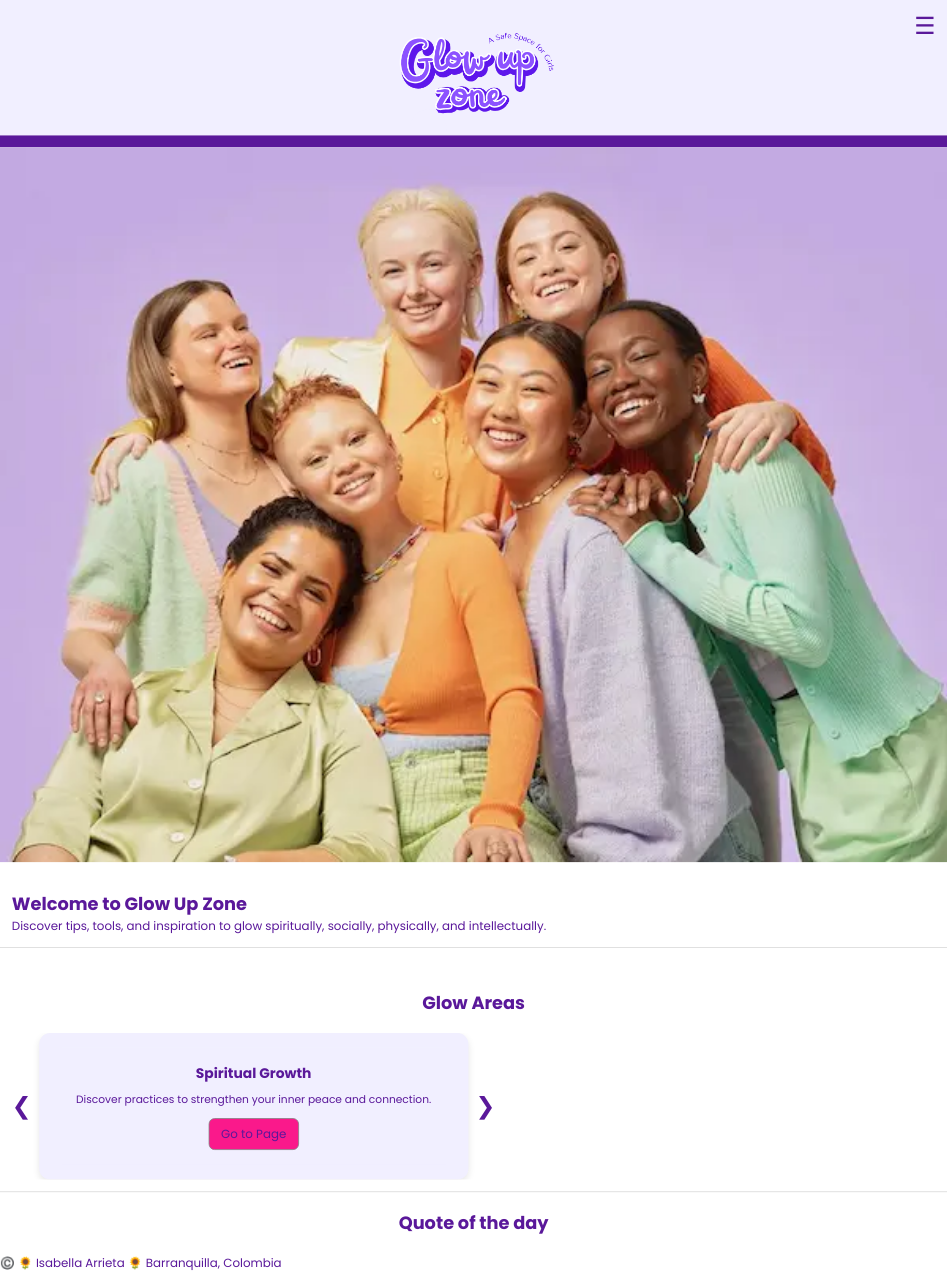
Repository: isaAJ05/wdd131
Page: final-project/final-project.html
These files come from the project's save history. The page is drawn as it stood at one moment and after the next save; the edit follows.
The browser window is 1280 px wide. The pictures show the whole page, at 74% of full size.
The pointer rests on the first visible `.btn`.

Above is the page before, as saved 2025-08-09 01:10:32.

### final-project/final-project.html
<!DOCTYPE html>
<html lang="en">
<head>
    <meta charset="UTF-8">
    <meta name="viewport" content="width=device-width, initial-scale=1.0">
    <title>WDD 131 – Glow Up Zone</title>
    <meta name="description" content="WDD 131 – This website is a positive and inspiring space for girls who want to improve different areas of their lives. It will include tips and resources organized into four sections: Spiritual, Social, Physical, and Intellectual.">
    <meta name="author" content="Isabella Arrieta">
    <link rel="stylesheet" href="styles/final-project.css">
    <link rel="stylesheet" href="styles/final-project-large.css">
    <link rel="preconnect" href="https://fonts.googleapis.com">
    <link rel="preconnect" href="https://fonts.gstatic.com" crossorigin>
    <link href="https://fonts.googleapis.com/css2?family=Nunito:wght@300;400;700&family=Poppins:wght@400;600;700&family=Quicksand:wght@400;500;700&display=swap" rel="stylesheet">
    <script src="scripts/final-project.js" defer></script>
</head>
<body>
    <header>
        <div class="title">
            <img src="images/logo.png" alt="" title="">
        </div>
        <button type="button" id="menu" title="Hambutton"></button>
        <nav>
            <ul class="navigation">
			<li><a href="#" class="home">Home</a></li>
			<li><a href="#" class="old">Old</a></li>
			<li><a href="#" class="new">New</a></li>
			<li><a href="#" class="large">Large</a></li>
			<li><a href="#" class="small">Small</a></li>
		</ul>
        </nav>
    </header>
    <main>
        <div class="hero">
            <picture>
            <source media="(min-width: 700px)" srcset="">
            <img src="images/glow-2.webp" alt="" title="">
            </picture>
        </div>
        <section >
                <div class="one">
                <h1>Welcome to Glow Up Zone</h2>
                <p>Discover tips, tools, and inspiration to glow spiritually, socially, physically, and intellectually.</p>
                </div>
        </section>
        <div class="one">
        <h2>Glow Areas</h2>
        <section class="cards">
        <button class="arrow left">&#10094;</button>
        <div class="cards-container">
            <div class="card">
                <div class="card2">
                <h3 id="card-title"></h3>
                <p id="card-text"></p>
                <a id="card-link" href="#" class="btn">Go to Page</a>
                </div>
            </div>
        </div>
        <button class="arrow right">&#10095;</button>
        </div>
        </section>
        <section>
            <div class="two">
                <h2>Quote of the day</h2>

            </div>
        </section>

    </main>
    <footer>
            <p>
            ©️<span id="currentyear"></span> 🌻 Isabella Arrieta 🌻 Barranquilla, Colombia
        </p>
        <p class="last-modified">
            <span id="lastModified"></span>
        </p>
    </footer>

</body>
</html>

### final-project/styles/final-project.css
:root {
    --primary-color: #5a189a;
    --secondary-color: #fa198b;
    --thirdary-color: #ff6f91;
    --accent-color: #3a86ff;
    --background-color: #f1efff;
    --font-one: "Poppins", sans-serif;
    --font-two: "Nunito", sans-serif;
    --font-three: "Quicksand", sans-serif;
}
* {
    box-sizing: border-box;
    margin: 0;
    padding: 0;
}

body {
    font-family: var(--font-one);
    color: var(--primary-color);
}

.title {
    text-align: center;
    background-color: var(--background-color);
}
.title img {
    width: 350px;
    height: auto;
}
.hero img{
    width: 100%;
    height: auto;
}
.one{
    border-bottom: #D6D6D6 1px solid;
    padding: 1rem;
    margin: 1rem 0;
}
nav{
    display: block;
    background-color: var(--primary-color);
}

#menu {
	font-size: 2rem;
	border: 0;
	background: none;
	position: absolute;
	top: 1rem;
	right: 1rem;
}

#menu::before {
	content: "☰";
    color: var(--primary-color);
}

#menu.open::before {
	content: "✖";
    color: white;
}

.navigation {
	list-style: none;
	display: flex;
	flex-direction: column;
    color: #fff;
    padding-top: 1rem;
    background-color: none;
}

.navigation a {
	display: none;
	color: #fff;
	text-align: center;
	text-decoration: none;
    padding: 0.5rem;
    font-size: 1rem;


}

.navigation a:hover {
	text-decoration: underline;
	background-color: #eee;
	color: #000;
}
.open a {
	display: block;
}
.open img{
    display: none;
}
h2{
    padding: 0.5rem;
    margin: 1rem 0;
    text-align: center;
}
.cards {
    position: relative;
    display: flex;
    align-items: center;
    overflow: hidden;
    width: 100%;
}



.card {
    min-width: 80%;
    margin: 0 10px;
    padding: 20px;
    background: var(--background-color);
    border-radius: 15px;
    box-shadow: 0 4px 10px rgba(0,0,0,0.1);
    text-align: center;
}
.card2 {
    min-width: 80%;
    margin: 0 10px;
    padding: 20px;
    background: var(--background-color);

    text-align: center;
}

.card h3 {
    color: var(--primary-color);
    margin-bottom: 10px;
}

.card p {
    font-size: 0.9rem;
    margin-bottom: 15px;
}

.btn {
    display: inline-block;
    background: var(--primary-color);
    color: white;
    padding: 8px 16px;
    border-radius: 8px;
    text-decoration: none;
}
.btn:hover {
	background-color: #fa198b;
    color:var(--primary-color);
    cursor: pointer;
	border: 1px solid gray;
}

.arrow {
    background: none;
    border: none;
    font-size: 2rem;
    cursor: pointer;
    color: var(--primary-color);
}
.two{

}

### final-project/scripts/final-project.js
const hamButton = document.querySelector('#menu');
const navigation = document.querySelector('.navigation');
const title = document.querySelector('.title');

hamButton.addEventListener('click', () => {
	navigation.classList.toggle('open');
    hamButton.classList.toggle('open');
    title.classList.toggle('open');
});
const cardsData = [
    {
        title: "Spiritual Growth",
        text: "Discover practices to strengthen your inner peace and connection.",
        link: "spiritual.html"
    },
    {
        title: "Social Skills",
        text: "Learn how to connect, communicate, and build strong relationships.",
        link: "social.html"
    },
    {
        title: "Intellectual Growth",
        text: "Boost your mind with tips, knowledge, and creative thinking.",
        link: "intellectual.html"
    },
    {
        title: "Physical Wellness",
        text: "Stay active and healthy with routines and self-care habits.",
        link: "physical.html"
    }
];

let currentIndex = 0;

const cardTitle = document.getElementById("card-title");
const cardText = document.getElementById("card-text");
const cardLink = document.getElementById("card-link");

function updateCard() {
    cardTitle.textContent = cardsData[currentIndex].title;
    cardText.textContent = cardsData[currentIndex].text;
    cardLink.href = cardsData[currentIndex].link;
}

document.querySelector(".arrow.right").addEventListener("click", () => {
    currentIndex = (currentIndex + 1) % cardsData.length;
    updateCard();
});

document.querySelector(".arrow.left").addEventListener("click", () => {
    currentIndex = (currentIndex - 1 + cardsData.length) % cardsData.length;
    updateCard();
});

updateCard();

Loaded but not shown: final-project/styles/final-project-large.css (no copy from this time; the picture is the same without it)

After the next save:
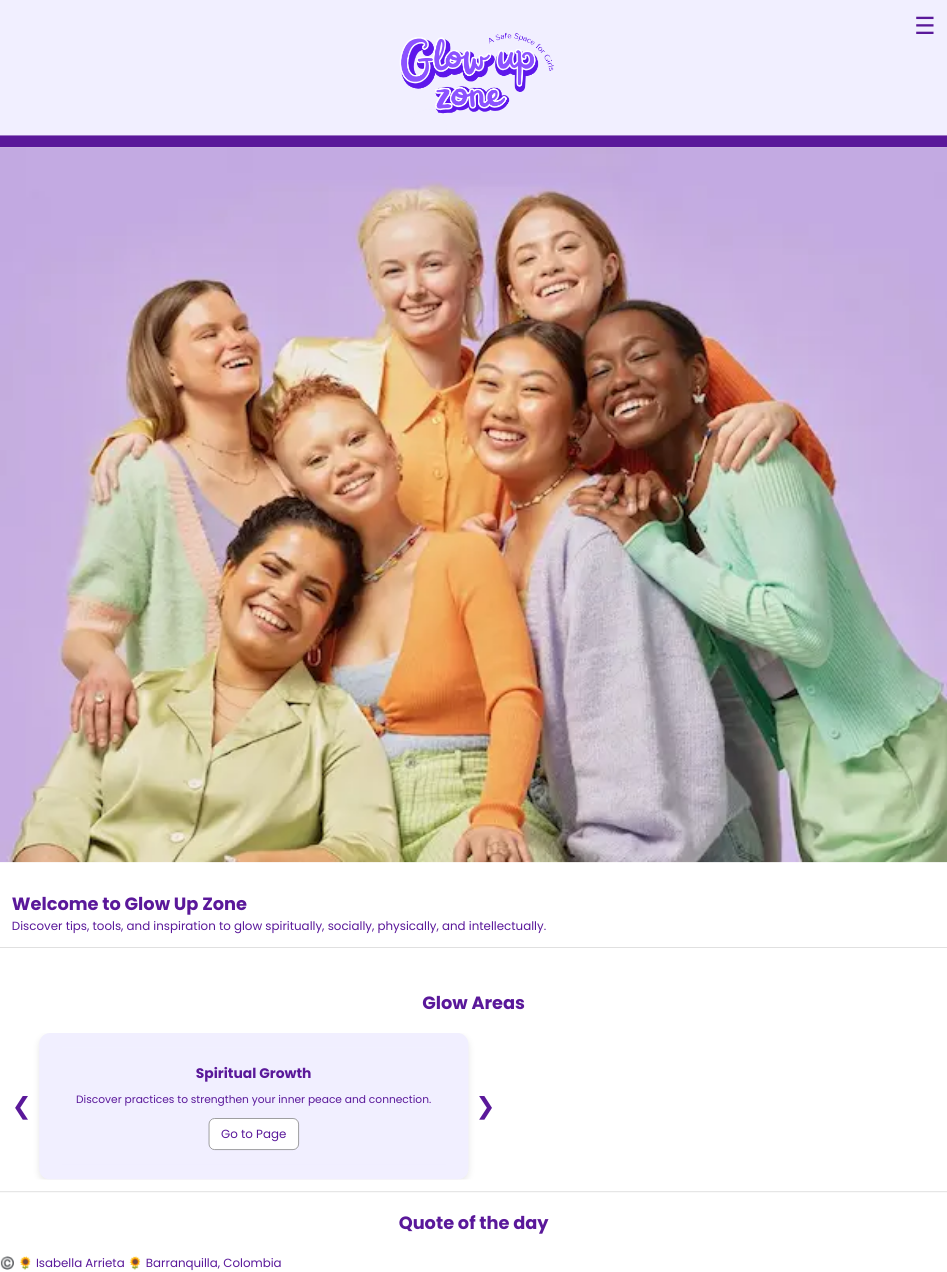
Saved 8 s later.
--- a/final-project/styles/final-project.css
+++ b/final-project/styles/final-project.css
@@ -143,7 +143,7 @@ h2{
     text-decoration: none;
 }
 .btn:hover {
-	background-color: #fa198b;
+	background-color: white;
     color:var(--primary-color);
     cursor: pointer;
 	border: 1px solid gray;
